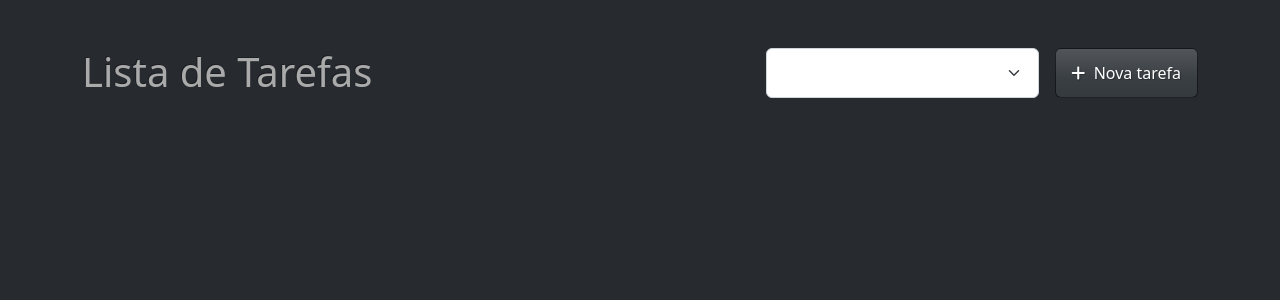
Repository: cargugati/lista_tarefas
Page: frontEnd/index.html
An editor plug-in stored every save of this project. The page is shown before and after a run of saves, followed by the edit.
The browser window is 1280 px wide. The pictures show the whole page.

Above is the page before, as saved 2023-03-18 19:04:08.

### frontEnd/index.html
<!DOCTYPE html>
<html lang="pt-br">

<head>
  <meta charset="UTF-8">
  <meta http-equiv="X-UA-Compatible" content="IE=edge">
  <meta name="viewport" content="width=device-width, initial-scale=1.0">
  <title>Lista de Tarefas</title>
  <link rel="stylesheet" href="./assets/css/bootstrap.min.css">
  <link rel="stylesheet" href="./assets/fontawesome/css/all.min.css">
  <link rel="shortcut icon" href="./assets/images/favicon.png" type="image/png">
</head>

<body>
  <div class="container my-5">
    <div class="row mb-4">
      <div class="col">
        <h1>Lista de Tarefas</h1>
      </div>
      <div class="col text-end">
        <div class="d-flex justify-content-end">
          <select id="select_filter" class="form-select w-50 me-3">
            <option value=""></option>
            <option value="1">1</option>
          </select>
          <a href="new_task.html" class="btn btn-primary"><i class="fa-solid fa-plus me-2"></i>Nova tarefa</a>
        </div>
      </div>
    </div>

    <!--   -->
    <div class="row d-none" id="no_tasks">
      <div class="col text-center">
      <span class="opacity-75">Não existem tarefas para apresentar</span>
      </div>
    </div>
  </div>


  <script src="./assets/js/bootstrap.bundle.min.js"></script>
</body>

</html>

Loaded but not shown: frontEnd/assets/css/bootstrap.min.css (library); frontEnd/assets/fontawesome/css/all.min.css (library); frontEnd/assets/js/bootstrap.bundle.min.js (library)

After the next 3 saves:
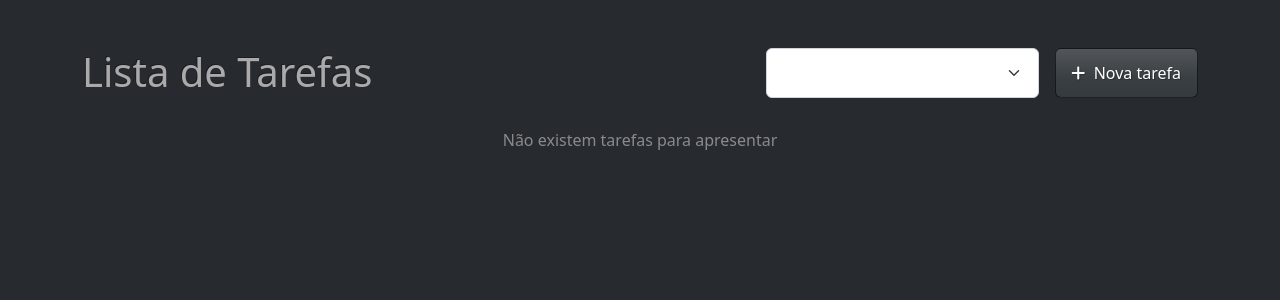
The 3 saves are shown as one change because they came seconds apart.
The last was saved 13 s later.
--- a/frontEnd/index.html
+++ b/frontEnd/index.html
@@ -28,8 +28,8 @@
       </div>
     </div>
 
-    <!--   -->
-    <div class="row d-none" id="no_tasks">
+    <!--   d-none-->
+    <div class="row " id="no_tasks">
       <div class="col text-center">
       <span class="opacity-75">Não existem tarefas para apresentar</span>
       </div>
